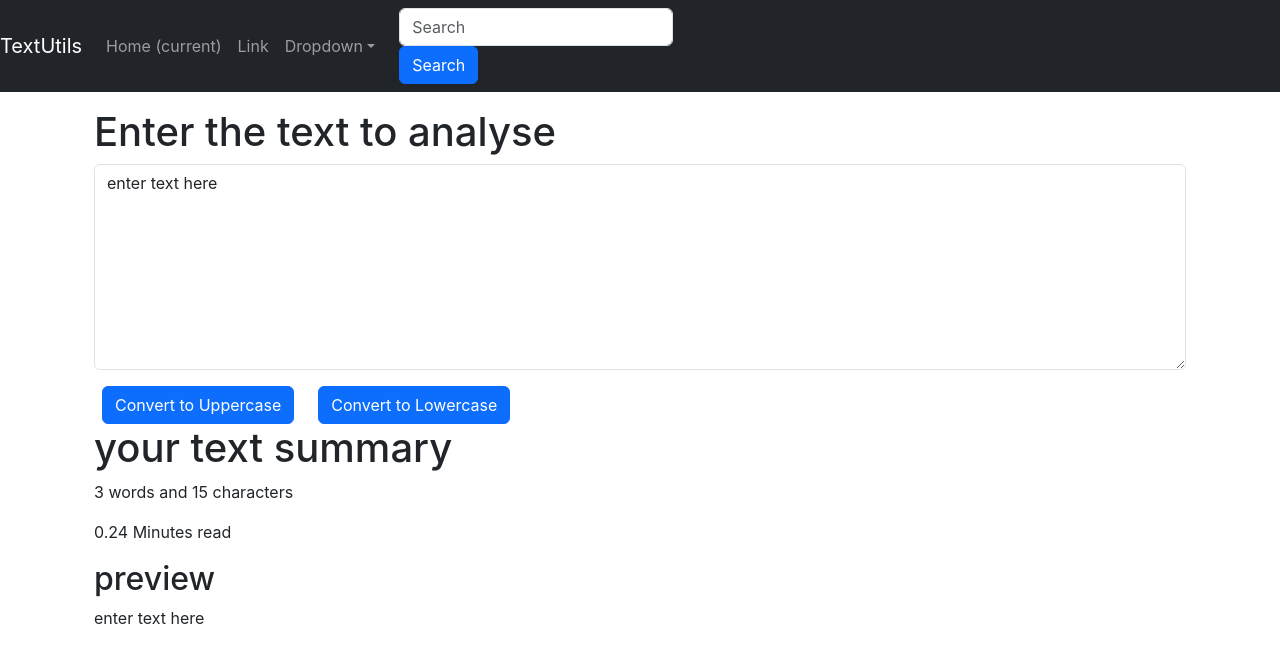
Repository: Aastha1035/React.navbar
Page: /
These files come from the project's save history. The page is drawn as it stood at one moment and after the next save; the edit follows.
The browser window is 1280 px wide. The pictures show the whole page.
The project was rebuilt for these pictures with package versions that can differ from the ones it lists, and the page was loaded fresh each time. Also part of the build but not shown: src/App.css, src/components/About.js.

Above is the page before, as saved 2024-07-17 21:09:09.

After the next save:
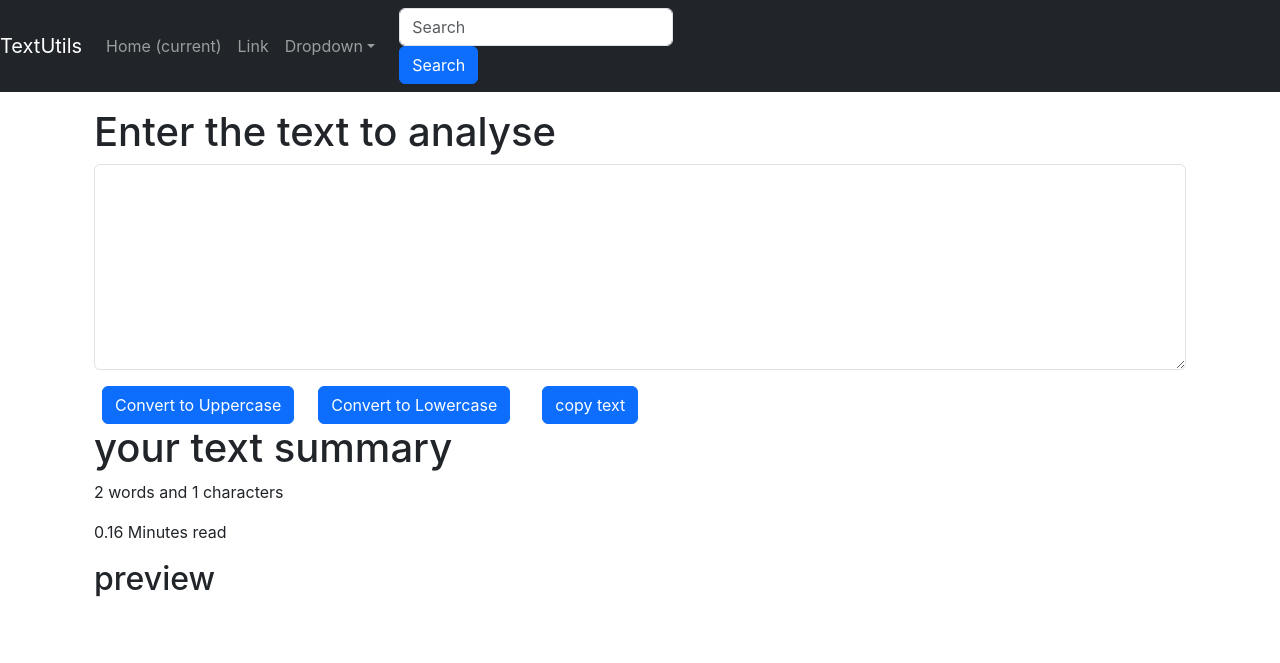
Saved 2 min 20 s later.
--- a/src/components/Textform.js
+++ b/src/components/Textform.js
@@ -17,8 +17,13 @@ export default function Textform(props) {
         //console.log("handle onchange");
         setText(event.target.value)
     }
+    const handleCopy = () => {
+        var text = document.getElementById("myBox");
+        text.Selected();
+        navigator.clipboard.writeText(text.value);
+    }
 
-    const [text, setText] = useState("enter text here");
+    const [text, setText] = useState(" ");
   return (
     <>
     <div className="container">
@@ -28,6 +33,7 @@ export default function Textform(props) {
     </div>
     <button className="btn btn-primary mx-2" onclick={handleUpclick}>Convert to  Uppercase</button>
     <button className="btn btn-primary mx-3" onclick={handleLoclick}>Convert to  Lowercase</button>
+    <button className="btn btn-primary mx-3" onclick={handleCopy}>copy text</button>
     </div>
     <div className="container">
         <h1>your text summary</h1>
